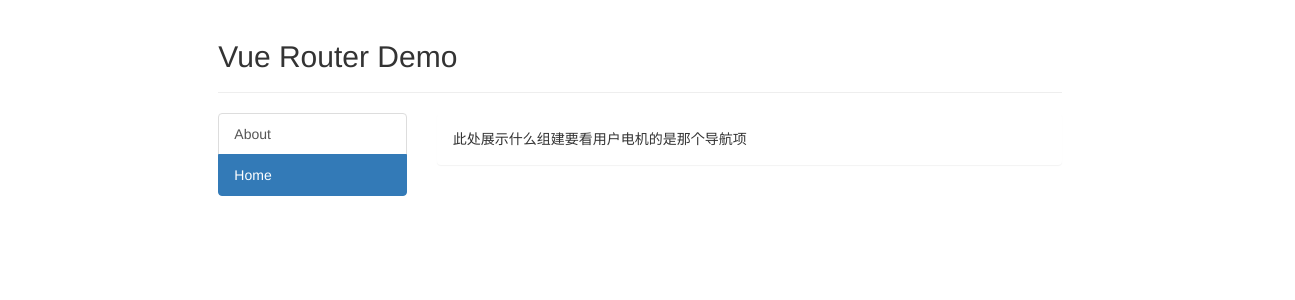
Repository: Crow7277/Vue2-
Page: /#/home/message
An editor plug-in stored every save of this project. The page is shown before and after the next save, followed by the edit.
The browser window is 1280 px wide. The page is 1295 px wide, so the pictures cover 1295 px, including what lies to the right of the window. The pictures show the whole page.
The project was rebuilt for these pictures with package versions that can differ from the ones it lists, and the page was loaded fresh each time. Also part of the build but not shown: vue.config.js, src/components/About.vue, src/components/Home.vue.

Above is the page before, as saved 2022-04-09 17:00:42.

After the next save:
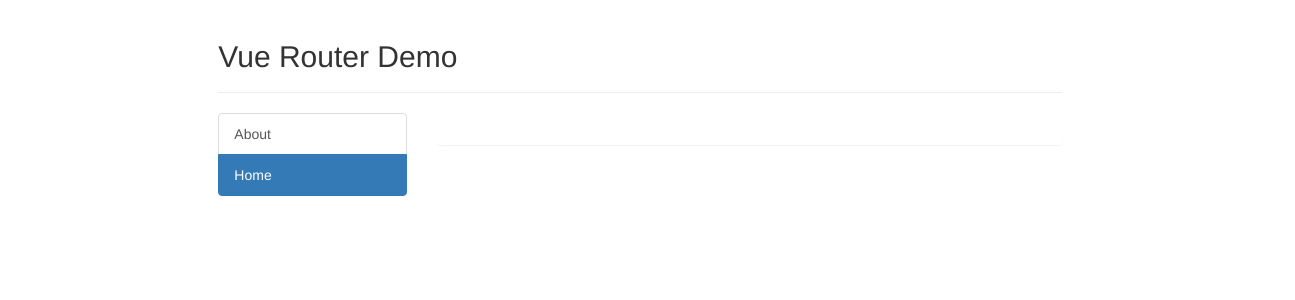
Saved 48 s later.
--- a/src/App.vue
+++ b/src/App.vue
@@ -21,7 +21,9 @@
             </div>
             <div class="col-xs-6">
                 <div class="panel">
-                    <div class="panel-body">此处展示什么组建要看用户电机的是那个导航项</div>
+                    <div class="panel-body">
+
+                    </div>
                 </div>
             </div>
         </div>
